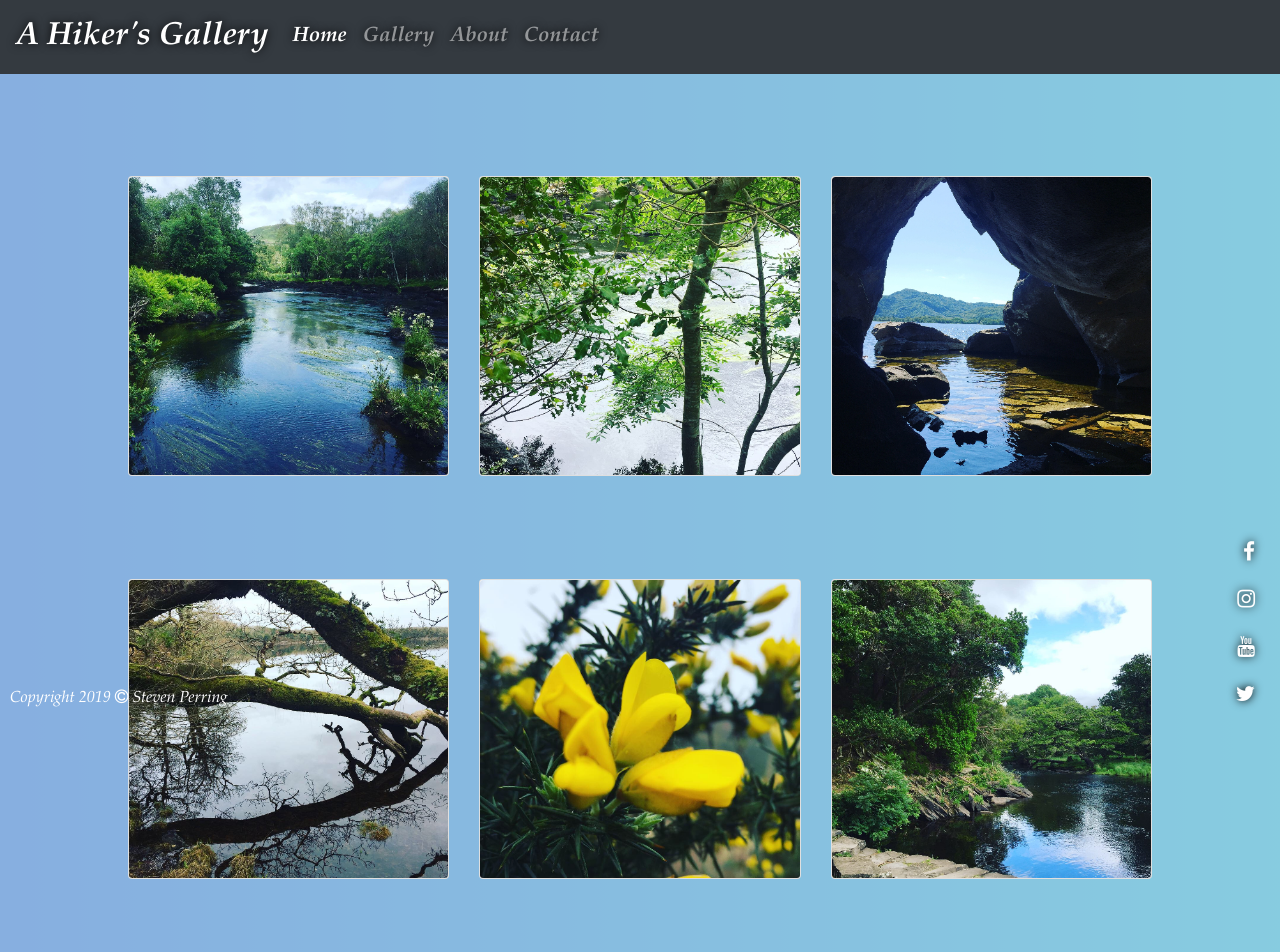
Repository: S-Perring/hiker
Page: gallery.html
The author's editor kept a record of every edit. The page is drawn from the files as they stood at one moment, then again after the next edit.
The browser window is 1280 px wide. The pictures show the part of the page from y = 0 to 952 px (the page is 2124 px tall).
A picture or video elsewhere on the page could not be fetched, so the positions and the page height are approximate. Some web fonts or font styles are not loaded; a fallback is used.

Above is the page before.

After the next edit:
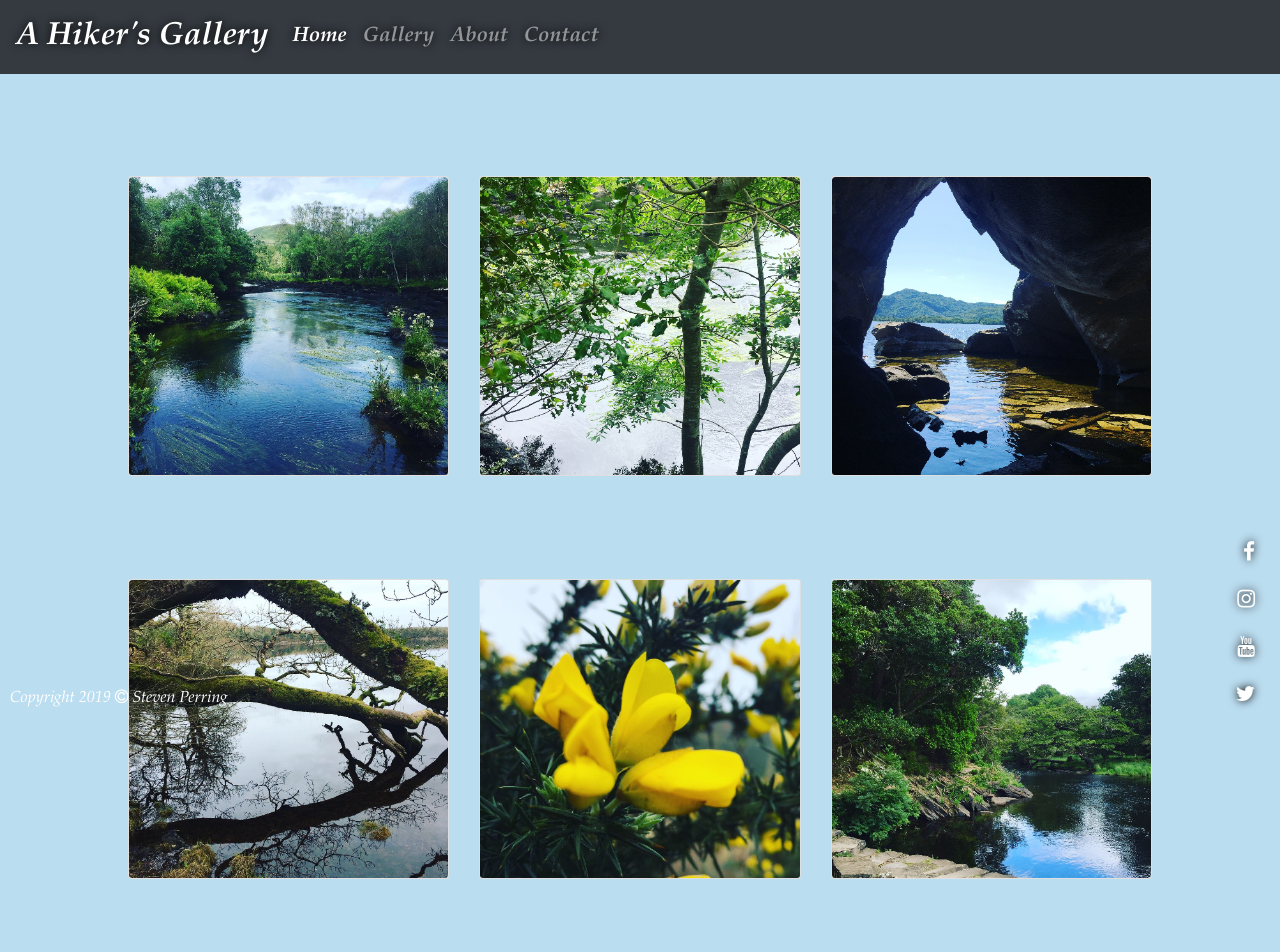
The edit:
--- a/css/style.css
+++ b/css/style.css
@@ -198,7 +198,7 @@
 }
 
 .gallerypage {
-    Background-color: rgba(208, 208, 208, 0.65);
+    Background-color: rgb(187, 221, 240);
     padding-top: 1.5%;
     padding-bottom: 1.5%;
 
